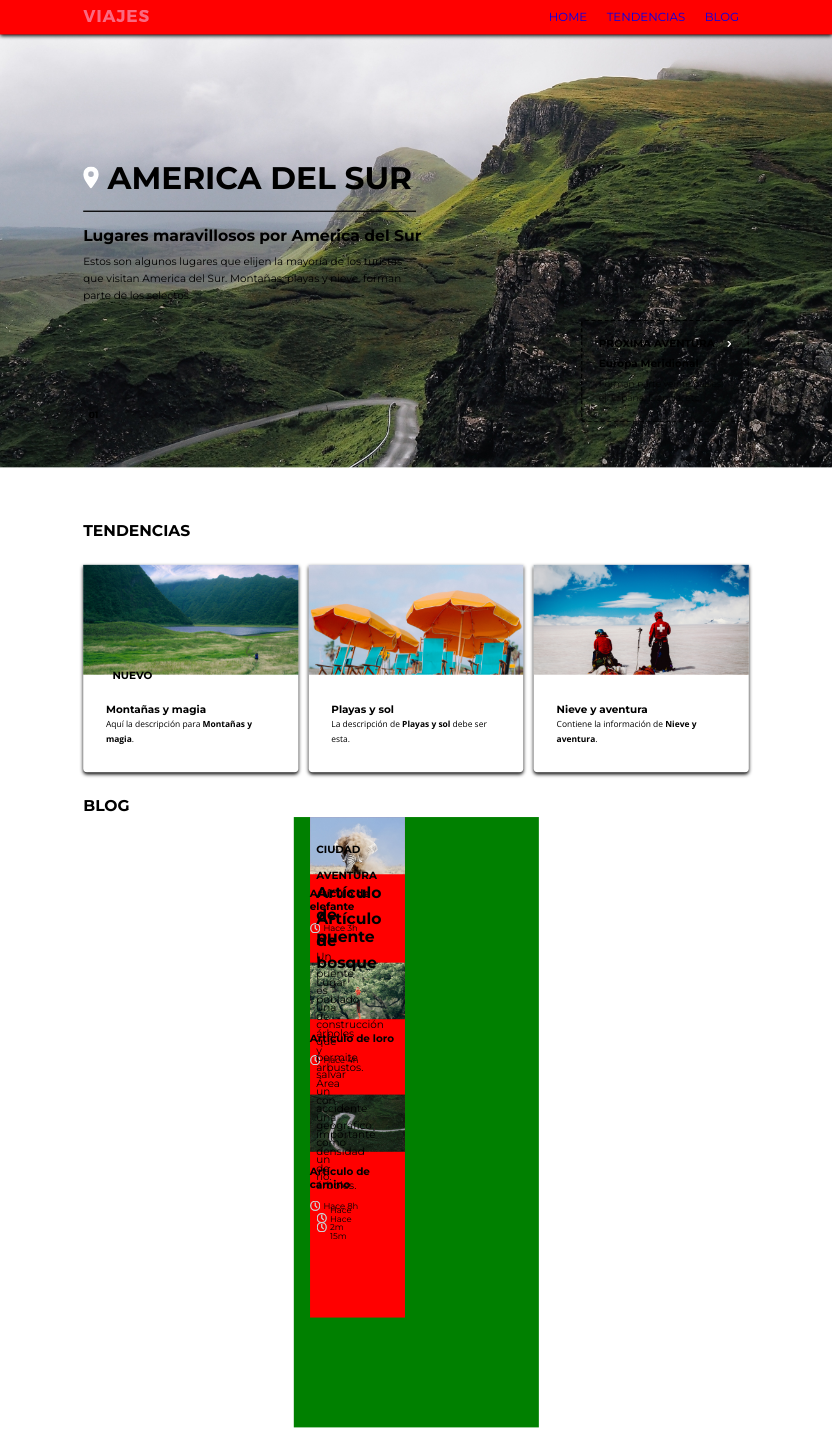
Repository: agustin-mesa/viajes
Page: /
These files come from the project's save history. The page is drawn as it stood at one moment and after the next save; the edit follows.
The browser window is 1280 px wide. The pictures show the whole page, at 65% of full size.
The project was rebuilt for these pictures with package versions that can differ from the ones it lists, and the page was loaded fresh each time. Also part of the build but not shown: src/components/styles/colors.module.scss.

Above is the page before, as saved 2021-11-12 12:41:14.

### public/index.html
<!DOCTYPE html>
<html lang="es">
  <head>
    <meta name="author" content="Mauro Agustín Mesa" />
    <meta charset="utf-8" />
    <meta name="viewport" content="width=device-width, initial-scale=1" />
    <meta name="theme-color" content="#000000" />
    <meta
      name="description"
      content="Web site created using create-react-app"
    />
    <title>React App</title>
  </head>
  <body>
    <noscript>You need to enable JavaScript to run this app.</noscript>
    <div id="root"></div>
  </body>
</html>

### src/index.js
import React from "react";
import ReactDOM from "react-dom";
import App from "./App";
import "./index.css";

const Index = () => {
  return <App />;
};

ReactDOM.render(<Index />, document.getElementById("root"));

### src/App.js
import React from "react";
import Header from "./components/Header";
import Home from "./pages/Home";
import Tendencias from "./pages/Tendencias";
import Blog from "./pages/Blog";

const App = () => {
  return (
    <>
      <Header />
      <Home />
      <Tendencias />
      <Blog />
    </>
  );
};

export default App;

### src/index.css
@import url("https://fonts.googleapis.com/css2?family=Montserrat:wght@100;200;300;400;500;600;700&display=swap");
@import url("https://fonts.googleapis.com/css2?family=Montserrat:wght@100;200;300;400;500;600;700&family=Open+Sans:wght@400;500;600;700&display=swap");

* {
  margin: 0;
  padding: 0;
  list-style: none;
  text-decoration: none;
  border: none;
  outline: none;
  scroll-behavior: smooth;
}

body {
  margin: 0;
  -webkit-font-smoothing: antialiased;
  -moz-osx-font-smoothing: grayscale;
  font-family: "Montserrat", "Open Sans", sans-serif;
}

code {
  font-family: source-code-pro, Menlo, Monaco, Consolas, "Courier New",
    monospace;
}

### src/components/Header.js
import React from "react";
import styled from "styled-components";

// Colors
import * as colors from "./styles/colors.module.scss";

// LOGO
import logo from "../Assets/logo/logo_01.svg";

const Header = () => {
  return (
    <ContainerHeader>
      <nav>
        <div className="header__logo">
          <a href="#home">
            <img src={logo} alt="Viajes" />
          </a>
        </div>
        <ul>
          <li>
            <a href="#home">HOME</a>
          </li>
          <li>
            <a href="#tendencias">TENDENCIAS</a>
          </li>
          <li>
            <a href="#blog">BLOG</a>
          </li>
        </ul>
      </nav>
    </ContainerHeader>
  );
};

const ContainerHeader = styled.header`
  position: fixed;
  top: 0;
  left: 0;
  right: 0;
  z-index: 999;
  background: red;
  background: ${colors.white};
  box-shadow: 0px 3px 6px ${colors.blackOpac};
  nav {
    display: flex;
    flex-direction: row;
    justify-content: space-between;
    align-items: center;
    padding: 15px 10%;
    ul {
      display: flex;
      flex-direction: row;
      justify-content: flex-end;
      align-items: center;
      width: 100%;
      li a {
        padding: 15px 15px;
        font: normal normal normal 18px/13px Montserrat;
        color: ${colors.blueRelax};
        transition: all 0.2s ease;
      }
      li a:hover {
        color: ${colors.darkblue};
      }
    }
  }
`;

export default Header;

### src/pages/Home.js
import React from "react";
import styled from "styled-components";

import * as colors from "../components/styles/colors.module.scss";

// IMG
import viajesHero from "../Assets/img/Viajes_Hero.jpg";
import icPin from "../Assets/iconos/ic_pin.svg";
import icArrow from "../Assets/iconos/arrow.svg";

// Importo etiquetas default con estilos propios
import { Parrafo, Span, H3, H5 } from "../components/styles/stylesDefault";

const Home = () => {
  return (
    <ContainerHome id="home">
      <HeroWrapper>
        <div className="hero__title">
          <h1>
            <img src={icPin} alt="Pin" /> AMERICA DEL SUR
          </h1>
          <hr />
          <H3 color="white">Lugares maravillosos por America del Sur</H3>
          <Parrafo>
            Estos son algunos lugares que elijen la mayoría de los turistas que
            visitan America del Sur. Montañas, playas y nieve, forman parte de
            los selectos.
          </Parrafo>
        </div>
        <div className="hero__info">
          <H5>
            PRÓXIMA AVENTURA <img src={icArrow} alt="Arrow" />
          </H5>
          <Span color="white">Europa Meridional</Span>
          <p>
            Forman parte veinte países. <br />
            ej. España, Francia, etc.
          </p>
        </div>
      </HeroWrapper>
      <div className="slider">
        <span>01</span>
      </div>
    </ContainerHome>
  );
};

const ContainerHome = styled.div`
  width: 100%;
  height: 100vh;
  background-image: url(${viajesHero});
  background-size: cover;
  background-position: center;

  .slider {
    position: absolute;
    width: 13%;
    bottom: 60px;
    display: flex;
    align-items: center;
    justify-content: flex-end;
    z-index: 1;
    span {
      display: flex;
      align-items: center;
      justify-content: center;
      width: 45px;
      height: 45px;
      background: ${colors.white};
      border-radius: 50px;
      font: normal normal bold 14px/22px Montserrat;
    }
    span::after {
      content: "";
      position: absolute;
      width: 70px;
      height: 70px;
      background: ${colors.whiteOpac};
      border-radius: 50px;
      z-index: -2;
    }
    span::before {
      content: "";
      position: absolute;
      left: 0;
      width: 100%;
      height: 5px;
      background: ${colors.pink};
      z-index: -1;
    }
  }
`;

const HeroWrapper = styled.div`
  position: absolute;
  top: 0;
  bottom: 0;
  left: 10%;
  right: 10%;
  display: flex;
  align-items: center;
  .hero__title {
    display: flex;
    align-items: flex-start;
    justify-content: center;
    flex-direction: column;
    color: ${colors.white};

    h1 {
      font: normal normal bold 48px/42px Montserrat;
    }
    hr {
      width: 50%;
      border-bottom: 2px solid ${colors.white};
      margin: 30px 0 20px;
    }
  }

  .hero__info {
    position: absolute;
    right: 0;
    bottom: 70px;
    background: ${colors.darkblueOpac} 0% 0% no-repeat padding-box;
    border: 2px dashed ${colors.whiteOpac};
    border-radius: 6px;
    padding: 25px;

    p {
      font: normal normal 300 14px/22px Montserrat;
      color: ${colors.white};
      margin: 10px 0 0;
    }
  }
`;

export default Home;

### src/pages/Tendencias.js
import React from "react";
import styled from "styled-components";

// Colors
import * as colors from "../components/styles/colors.module.scss";

// IMG
import card01 from "../Assets/img/card_01.png";
import card02 from "../Assets/img/card_02.png";
import card03 from "../Assets/img/card_03.png";

// Importo etiquetas default con estilos propios
import { H3 } from "../components/styles/stylesDefault";

// Components
import TendenciaItem from "../components/TendenciaItem";

const Tendencias = () => {
  // Simulo una base de datos para luego imprimir cada CARD.
  // Aunque también se podría hacer manualmente usando el componente
  // TendenciaItem y usar sus props, pero la manera más eficiente es el de
  // simular una base de datos; tranquilamente se muestra cada CARD con tan solo
  // agregar un objeto más dentro del array.
  const tendencias = [
    {
      src: card01,
      isNew: true,
      titulo: "Montañas y magia",
      descripcion: (
        <>
          Aquí la descripción para <b>Montañas y magia</b>.
        </>
      ),
    },
    {
      src: card02,
      isNew: false,
      titulo: "Playas y sol",
      descripcion: (
        <>
          La descripción de <b>Playas y sol</b> debe ser esta.
        </>
      ),
    },
    {
      src: card03,
      isNew: false,
      titulo: "Nieve y aventura",
      descripcion: (
        <>
          Contiene la información de <b>Nieve y aventura</b>.
        </>
      ),
    },
  ];

  return (
    <ContainerTendencias id="tendencias">
      <div className="tendencias">
        <div className="tendencias__header">
          <H3 color="darkblue">TENDENCIAS</H3>
        </div>
        <div className="tendencias__body">
          {tendencias.map((tendencia, i) => {
            return (
              <TendenciaItem
                src={tendencia.src}
                nuevo={tendencia.isNew}
                titulo={tendencia.titulo}
                descripcion={tendencia.descripcion}
                key={i}
              />
            );
          })}
        </div>
      </div>
    </ContainerTendencias>
  );
};

const ContainerTendencias = styled.section`
  height: 90vh;
  padding: 80px 10% 0;
  background: ${colors.grey};

  .tendencias__body {
    display: flex;
    align-items: center;
    margin: 35px 0 0;

    div:last-child {
      margin: 0;
    }
  }
  .tendencias__header {
    width: 100%;
  }
`;

export default Tendencias;

### src/pages/Blog.js
import React from "react";
import styled from "styled-components";

// Colors
import * as colors from "../components/styles/colors.module.scss";

// IMG
import artBig01 from "../Assets/img/articulo_big_01.png";
import artBig02 from "../Assets/img/articulo_big_02.png";
import artSmall01 from "../Assets/img/articulo_small_01.png";
import artSmall02 from "../Assets/img/articulo_small_02.png";
import artSmall03 from "../Assets/img/articulo_small_03.png";

// Importo etiquetas default con estilos propios
import { H3 } from "../components/styles/stylesDefault";

// Components
import BigNewItem from "../components/BigNewItem";
import SmallNewItem from "../components/SmallNewItem";

const Blog = () => {
  const articulosBig = [
    {
      src: artBig01,
      tipo: "CIUDAD",
      titulo: "Artículo de puente",
      descripcion:
        "Un puente es una construcción que permite salvar un accidente geográfico como un río.",
      time: "2m",
    },
    {
      src: artBig02,
      tipo: "AVENTURA",
      titulo: "Artículo de bosque",
      descripcion:
        "Lugar poblado de árboles y arbustos. Área con una importante densidad de árboles.",
      time: "15m",
    },
  ];

  const articulosSmall = [
    {
      src: artSmall01,
      titulo: "Artículo de elefante",
      time: "3h",
    },
    {
      src: artSmall02,
      titulo: "Artículo de loro",
      time: "4h",
    },
    {
      src: artSmall03,
      titulo: "Artículo de camino",
      time: "8h",
    },
  ];

  return (
    <ContainerBlog>
      <div className="blog" id="blog">
        <div className="blog__header">
          <H3 color="darkblue">BLOG</H3>
        </div>
        <div className="blog__body">
          <article className="blog__article">
            {articulosBig.map((articulo, i) => {
              return (
                <BigNewItem
                  src={articulo.src}
                  alt={articulo.tipo}
                  tipo={articulo.tipo}
                  titulo={articulo.titulo}
                  descripcion={articulo.descripcion}
                  time={articulo.time}
                  key={i}
                />
              );
            })}
          </article>
          <aside className="blog__aside">
            {articulosSmall.map((articulo, i) => {
              return (
                <SmallNewItem
                  src={articulo.src}
                  titulo={articulo.titulo}
                  time={articulo.time}
                  key={i}
                />
              );
            })}
          </aside>
        </div>
      </div>
    </ContainerBlog>
  );
};

const ContainerBlog = styled.section`
  position: relative;
  height: 95vh;
  padding: 80px 10% 0;
  background: ${colors.white};

  .blog {
    position: absolute;
    top: -300px;
    left: 10%;
    right: 10%;
    bottom: 0;
    display: flex;
    align-items: center;
    justify-content: flex-start;
    flex-direction: column;
    padding: 75px 0 50px;
  }
  .blog__body {
    display: grid;
    gap: 10px;
    min-height: 100%;
    background: green;

    grid-template-areas: ".blog__article" ".blog__aside";
  }
  .blog__header {
    width: 100%;
  }
  .blog__article {
    display: flex;
    align-items: center;
    justify-content: flex-start;
    flex-direction: column;
    width: 100%;
    background: yellow;
    div:first-child {
      margin: 0 0 40px;
    }
  }
  .blog__aside {
    background: red;
    display: flex;
    align-items: center;
    justify-content: flex-start;
    flex-direction: column;
    width: 40%;
    margin: 0 0 0 15px;
    div:last-child {
      margin: 0;
    }
  }
`;

export default Blog;

### src/components/styles/stylesDefault.js
import styled from "styled-components";

// Colors
import * as colors from "./colors.module.scss";

const Parrafo = styled.p`
  margin: 10px 0 0;
  font: normal normal normal 16px/26px Montserrat;
  width: 50%;
  color: ${colors.white};
`;

const H3 = styled.h3`
  font: normal normal bold 24px/34px Montserrat;
  color: ${(props) => {
    if (props.color === "white") return colors.white;
    if (props.color === "darkblue") return colors.darkblue;
  }};
`;

const H5 = styled.h5`
  font: normal normal bold 16px/20px Montserrat;
  color: ${colors.pink};
  margin: 0 0 10px;
  img {
    margin: 0 0 0 15px;
  }
`;

const Span = styled.span`
  font: normal normal bold 16px/20px Montserrat;
  color: ${(props) => {
    if (props.color === "white") return colors.white;
    if (props.color === "darkblue") return colors.darkblue;
  }};
`;

export { Parrafo, Span, H3, H5 };

### src/components/TendenciaItem.js
import React from "react";
import styled from "styled-components";

// Colors
import * as colors from "./styles/colors.module.scss";

import { Span } from "./styles/stylesDefault";

const TendenciaItem = ({ src, nuevo, titulo, descripcion }) => {
  return (
    <TenItem>
      <div className="tendencia-item__img">
        <img src={src} alt={titulo} />
      </div>
      <div className="tendencia-item__new">{nuevo && <span>NUEVO</span>}</div>
      <div className="tendencia-item__descrip">
        <Span color="darkblue">{titulo}</Span>
        <p>{descripcion}</p>
      </div>
    </TenItem>
  );
};

const TenItem = styled.div`
  background: ${colors.white} 0% 0% no-repeat padding-box;
  box-shadow: 0px 3px 6px ${colors.blackOpac};
  border-radius: 0 0 6px 6px;
  margin: 0 16px 0 0;
  width: 100%;

  .tendencia-item__img img {
    width: 100%;
  }
  .tendencia-item__new {
    width: 100%;
    position: relative;
    span {
      position: absolute;
      top: -20px;
      left: 35px;
      background: ${colors.pink};
      border-radius: 6px;
      padding: 10px;
      font: normal normal bold 16px/13px Montserrat;
      color: ${colors.white};
    }
  }
  .tendencia-item__descrip {
    padding: 40px 35px;
    p {
      font: normal normal normal 13px/23px Open Sans;
      color: ${colors.greyBlue};
    }
  }
`;

export default TendenciaItem;

### src/components/BigNewItem.js
import React from "react";
import styled from "styled-components";

// Importo etiquetas default con estilos propios
import { Span, H3, Parrafo } from "../components/styles/stylesDefault";
import Time from "./Time";

const BigNewItem = ({ src, tipo, titulo, descripcion, time }) => {
  return (
    <NewItemBig imagen={src}>
      <div className="newItem__info">
        <div className="info__header">
          <Span color="white">{tipo}</Span>
        </div>
        <div className="info__body">
          <H3 color="white">{titulo}</H3>
          <Parrafo>{descripcion}</Parrafo>
          <Time time={time} />
        </div>
      </div>
    </NewItemBig>
  );
};

const NewItemBig = styled.div`
  position: relative;
  border-radius: 6px;
  width: 100%;
  background: url(${(props) => {
    console.log(props.imagen);
    return props.imagen;
  }});
  background-size: cover;
  background-position: center;

  .newItem__info {
    position: absolute;
    top: 40px;
    left: 35px;
    right: 35px;
    bottom: 40px;
    display: flex;
    flex-direction: column;
    justify-content: space-between;
  }
  .info__body p {
    width: 100%;
    margin: 0 0 25px;
  }
`;

export default BigNewItem;

### src/components/SmallNewItem.js
import React from "react";
import styled from "styled-components";

// Importo etiquetas default con estilos propios
import { Span } from "../components/styles/stylesDefault";

// Components
import Time from "./Time";

const SmallNewItem = ({ src, titulo, time }) => {
  return (
    <NewItemSmall>
      <img className="img__bg" src={src} alt={titulo} />
      <Span className="titulo" color="darkblue">
        {titulo}
      </Span>
      <Time time={time} />
    </NewItemSmall>
  );
};

const NewItemSmall = styled.div`
  display: flex;
  align-items: start;
  justify-content: center;
  flex-direction: column;
  margin: 0 0 40px;
  span.titulo {
    margin: 20px 0 10px;
  }
  .img__bg {
    width: 100%;
    height: 100%;
  }
`;

export default SmallNewItem;

### src/components/Time.js
import React from "react";
import styled from "styled-components";

// Colors
import * as colors from "./styles/colors.module.scss";

// IMG
import icTime from "../Assets/iconos/time.svg";

const Time = ({ time }) => {
  return (
    <Timer>
      <img src={icTime} alt="Time" /> Hace {time}
    </Timer>
  );
};

const Timer = styled.span`
  display: flex;
  align-items: center;
  font: normal normal normal 13px/26px Montserrat;
  color: ${colors.blueRelax};
  img {
    margin: 0 5px 0 0;
  }
`;
export default Time;

After the next save:
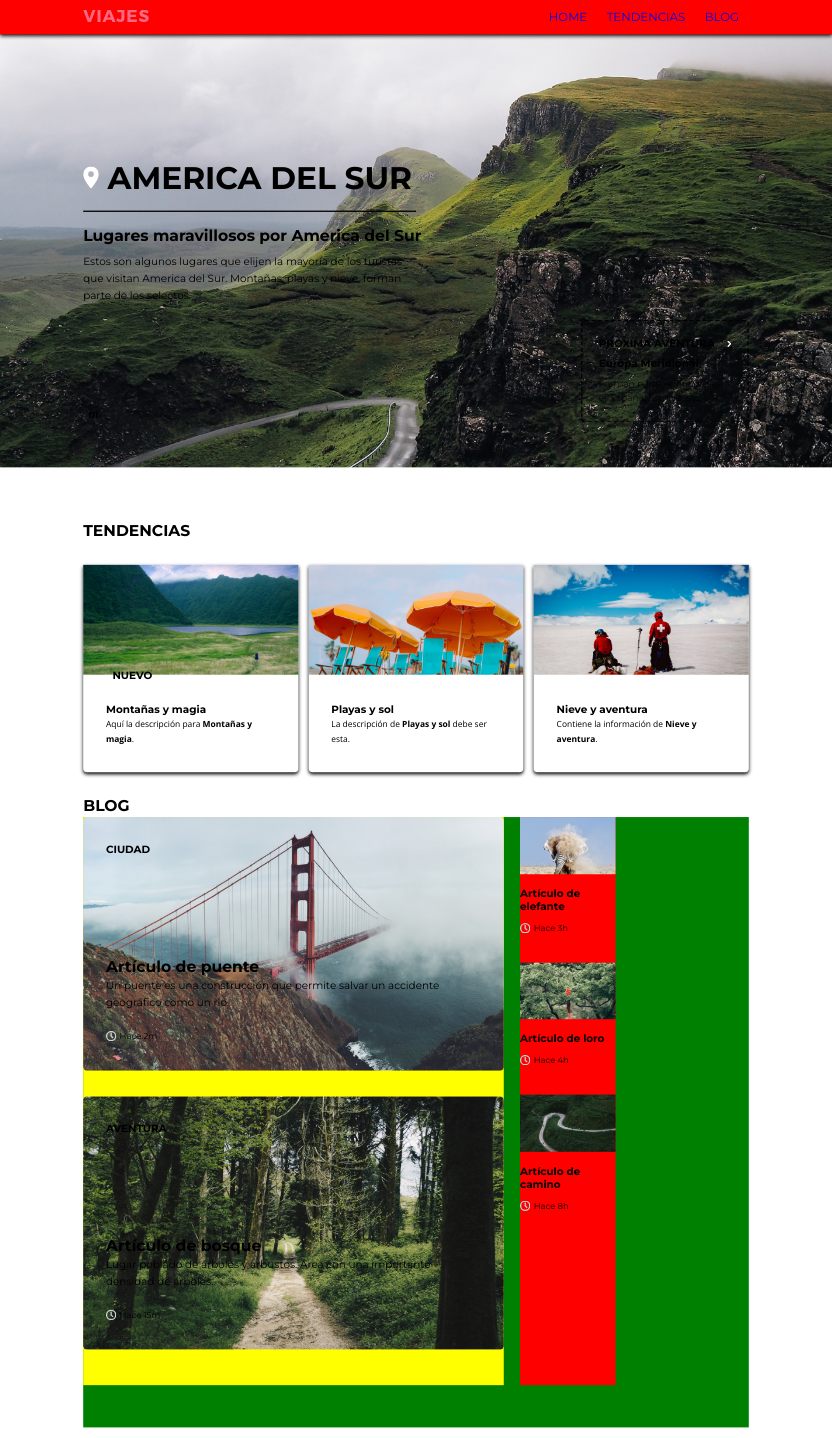
Saved 5 s later.
--- a/src/components/BigNewItem.js
+++ b/src/components/BigNewItem.js
@@ -5,9 +5,10 @@ import styled from "styled-components";
 import { Span, H3, Parrafo } from "../components/styles/stylesDefault";
 import Time from "./Time";
 
-const BigNewItem = ({ src, tipo, titulo, descripcion, time }) => {
+const BigNewItem = ({ src, alt, tipo, titulo, descripcion, time }) => {
   return (
-    <NewItemBig imagen={src}>
+    <NewItemBig>
+      <img className="img__bg" src={src} alt={alt} />
       <div className="newItem__info">
         <div className="info__header">
           <Span color="white">{tipo}</Span>
@@ -26,13 +27,12 @@ const NewItemBig = styled.div`
   position: relative;
   border-radius: 6px;
   width: 100%;
-  background: url(${(props) => {
-    console.log(props.imagen);
-    return props.imagen;
-  }});
-  background-size: cover;
-  background-position: center;
 
+  .img__bg {
+    width: 100%;
+    max-width: 1000px;
+    height: 100%;
+  }
   .newItem__info {
     position: absolute;
     top: 40px;
